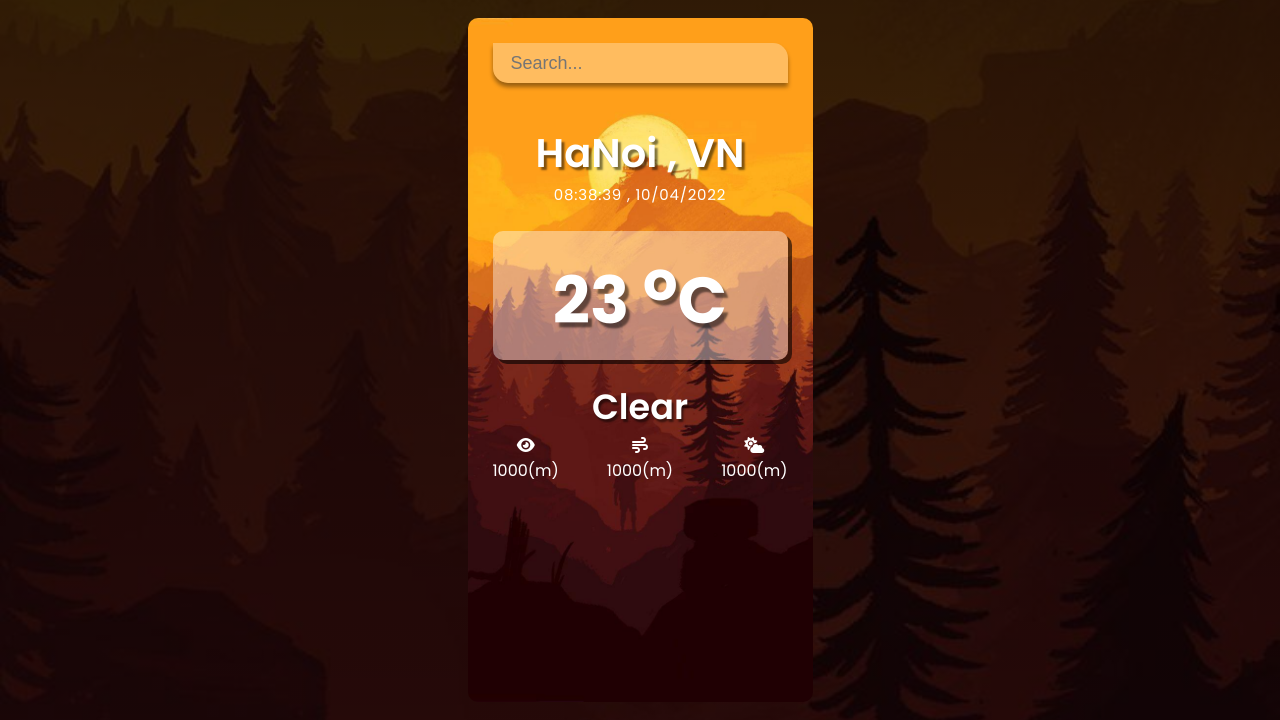
Repository: NguyenDuc-Huy/API_WEATHER
Page: index.html
An editor plug-in stored every save of this project. The page is shown before and after the next save, followed by the edit.
The browser window is 1280 px wide. The pictures show the whole page.
Some web libraries are served in a nearby version.

Above is the page before, as saved 2022-04-10 15:50:50.

After the next save:
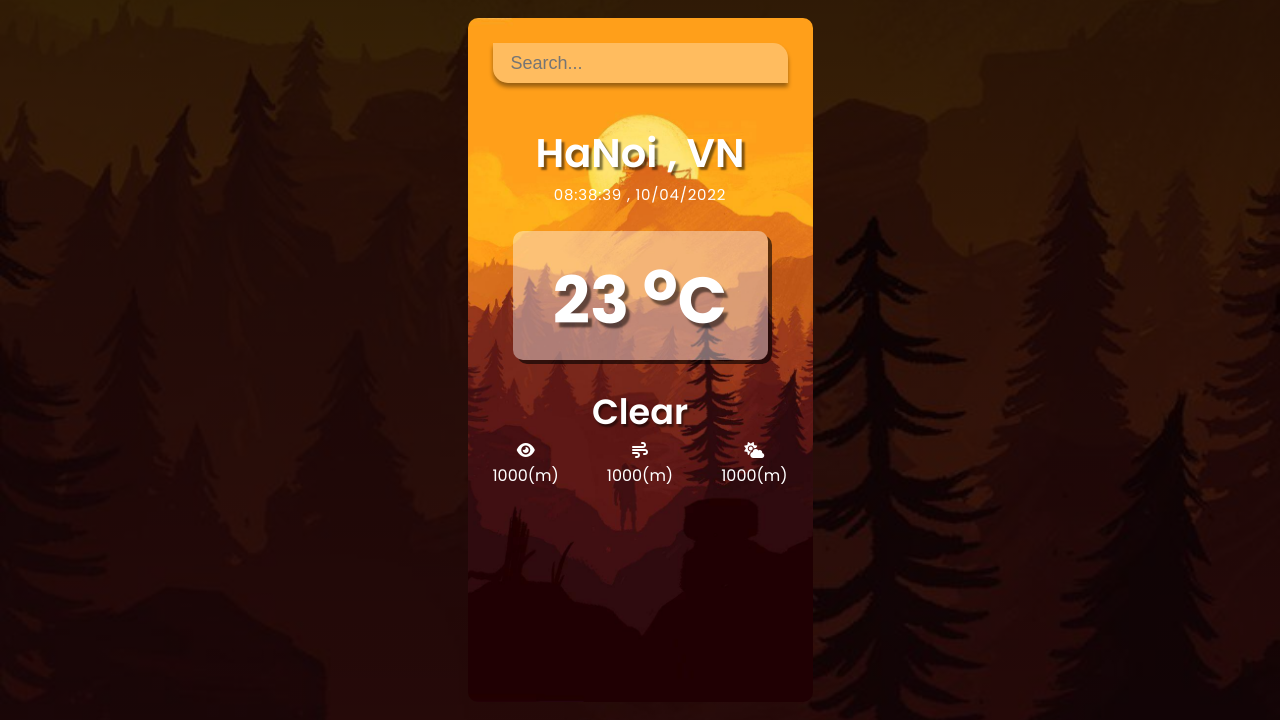
Saved 32 s later.
--- a/style.css
+++ b/style.css
@@ -57,7 +57,8 @@
 }
 .temperature {
   font-size: 65px;
-  margin-top: 25px;
+
+  margin: 25px 20px;
   background-color: rgba(255, 255, 255, 0.4);
   box-shadow: 4px 4px rgba(0, 0, 0, 0.6);
   padding: 10px 25px;
